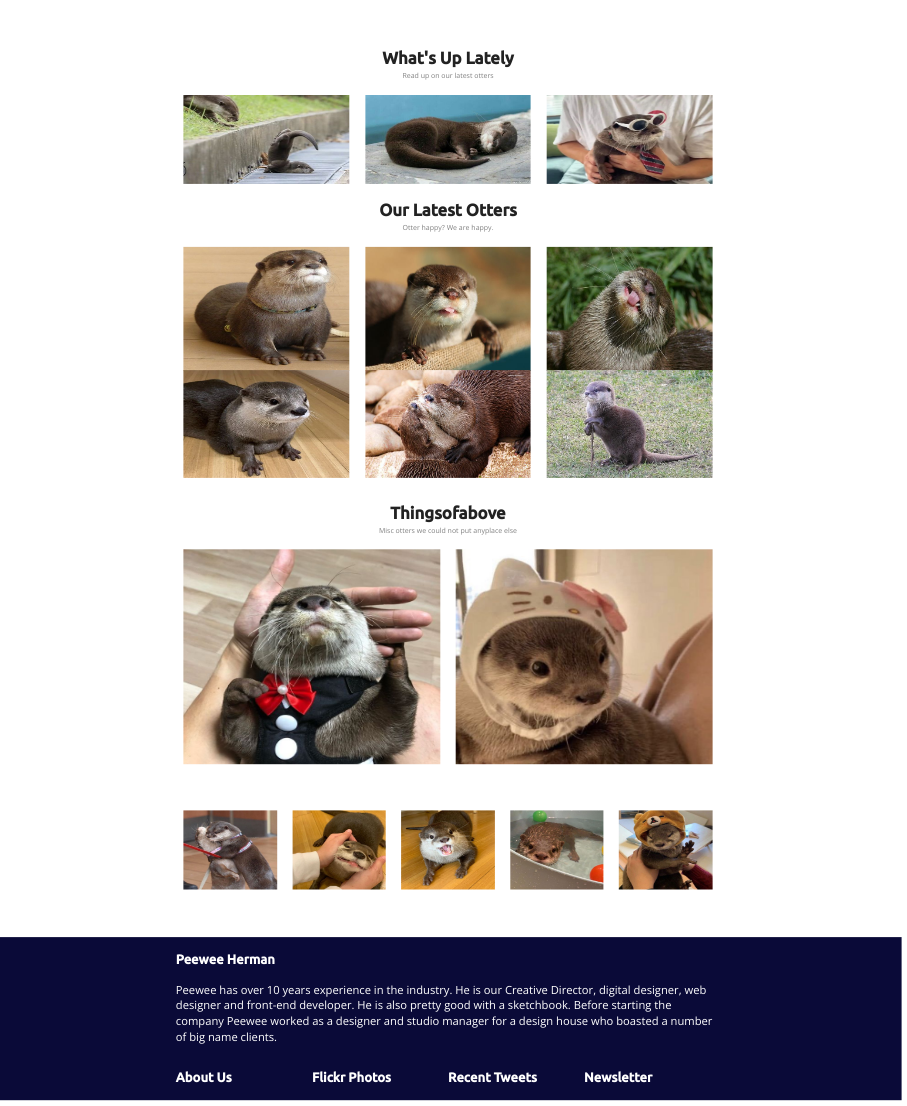
Repository: kennyharman/Marlowe_Kenny_Lab_02B
Page: index.html
An editor plug-in stored every save of this project. The page is shown before and after the next save, followed by the edit.
The browser window is 1280 px wide. The page is 1296 px wide, so the pictures cover 1296 px, including what lies to the right of the window. The pictures show the part of the page from y = 894 to 2774 px (the page is 2474 px tall before and 2774 px after), at 70% of full size.

Above is the page before, as saved 2024-02-08 19:02:00.

### index.html
<!doctype html>
<html class="no-js" lang="EN">

<head>
  <meta charset="utf-8">
  <meta name="viewport" content="width=device-width, initial-scale=1">
  <title></title>
  <link rel="stylesheet" href="css/style.css">
  <link href="https://fonts.googleapis.com/css2?family=Open+Sans:ital,wght@0,400;0,700;1,400&family=Ubuntu:ital,wght@0,300;0,500;1,300&display=swap" rel="stylesheet">
  <meta name="description" content="">

  <meta property="og:title" content="Metrolics page">
  <meta property="og:type" content="website">
  <meta property="og:url" content="http://localhost:8888/metrolics/">

  <link rel="icon" href="/favicon.ico" sizes="any">
  <link rel="icon" href="/icon.svg" type="image/svg+xml">
  <link rel="apple-touch-icon" href="icon.png">

  <link rel="manifest" href="site.webmanifest">
  <meta name="theme-color" content="#fafafa">
</head>

<body class="page">
  <script src="js/app.js"></script>

<header class="page__header">
  <div class="row m-col-2 l-col-2 menu">
    <div class="col header__menu-logo">
      <h1>Metrolics</h1>
    </div>
    <div class="col header__menu-nav">
      Home
      Pages
      Blog
      Portfolio
      Home
    </div>
</header>

<main>
  <div class="page__banner">
    <div class="col banner-header">
      <img src="images/pink_otter.jpg">
      <ul class="listed-items">
        <li>Metro Style</li>
        <li>Retina Ready</li>
        <li>Responsive Design</li>
      </ul>
    </div>
  </div>
  <div class="page__section">
    <div class="row header">
      <div class="col header-text">
        <h2>Hey guys! This is the <span class="text__color-change">Metrolics</span> theme.<br/>It sports a responsive layout with a mobile layout.</h2>
      </div>
    </div>
  </div>

  <div class="section-services">
    <div class="row m-col-2 l-col-4">
      <div class="col m-row-span l-row-span heading">
        <h3>Things That We Do</h3>
        <p>Ask us what we can do for you</p>
      </div>
      <div class="col services-card">
        <h4>Otter solutions</h4>
        We are a fairly small, flexible otter studio that designs for print and web. We work flexibly with otters to fulfil their design needs. Whether you need to create an otter from scratch, including marketing materials
      </div>
      <div class="col services-card">
        <h4>Photography</h4>
        We are a fairly small, flexible otter studio that designs for print and web. We work flexibly with otters to fulfil their design needs. Whether you need to create an otter from scratch, including marketing materials
      </div>
      <div class="col services-card">
        <h4>Otter Development</h4>
        We are a fairly small, flexible otter studio that designs for print and web. We work flexibly with otters to fulfil their design needs. Whether you need to create an otter from scratch, including marketing materials
      </div>
      <div class="col services-card">
        <h4>Otter Design</h4>
        We are a fairly small, flexible otter studio that designs for print and web. We work flexibly with otters to fulfil their design needs. Whether you need to create an otter from scratch, including marketing materials
      </div>
    </div>
  </div>
    </div>
  </div>

  <div class="section-work">
    <div class="row m-col-2 l-col-3">
      <div class="col m-row-span l-row-span heading">
        <h3>What's Up Lately</h3>
        <p>Read up on our latest otters</p>
      </div>
      <div class="col m-row-span image">
        <img src="images/otter7.jpg" alt="Otter Fall">
      </div>
      <div class="col image">
        <img src="images/otter8.jpg" alt="Sleepy Otter">
      </div>
      <div class="col image">
        <img src="images/otter9.jpg" alt="Madi the Otter">
      </div>
    </div>
  </div>

  <div class="section-projects">
    <div class="row m-col-2 l-col-3">
      <div class="col m-row-span l-row-span heading">
        <h3>Our Latest Otters</h3>
        <p>Otter happy? We are happy.</p>
      </div>
      <div class="col image">
        <img src="images/otter1.jpg" alt="Curious Otter">
      </div>
      <div class="col image">
        <img src="images/otter2.jpg" alt="Teasing Otter">
      </div>
      <div class="col image">
        <img src="images/otter3.jpg" alt="Otter Playing Dead">
      </div>
      <div class="col image">
        <img src="images/otter4.jpg" alt="Pondering Otter">
      </div>
      <div class="col image">
        <img src="images/otter5.jpg" alt="Loving Otters">
      </div>
      <div class="col image">
        <img src="images/otter6.jpg" alt="Wise Otter">
      </div>
    </div>
  </div>

  <div class="section-misc">
    <div class="row l-col-2">
      <div class="col l-row-span heading">
        <h3>Thingsofabove</h3>
        <p>Misc otters we could not put anyplace else</p>
      </div>
      <div class="col misc-content">
        <img src="images/otter10.jpg" alt="Snazzy Otter">
      </div>
      <div class="col misc-content">
        <img src="images/otter11.jpg" alt="Hello Kitty Otter">
      </div>
    </div>
  </div>

  <div class="section-affiliates">
    <div class="row m-col-5 l-col-5">
      <div class="col affiliates-card">
        <img src="images/otter12.jpg" alt="Otter Hug">
      </div>
      <div class="col affiliates-card">
        <img src="images/otter13.jpg" alt="Otter Stretch">
      </div>
      <div class="col affiliates-card">
        <img src="images/otter14.jpg" alt="Surprised Otter">
      </div>
      <div class="col affiliates-card">
        <img src="images/otter15.jpg" alt="Otter Bath">
      </div>
      <div class="col affiliates-card">
        <img src="images/otter16.jpg" alt="Otter Bear">
      </div>
    </div>
  </div>
</main>
<footer class="page__footer">
  <div class="row m-col-2 l-col-4 footer">
    <div class="col m-row-span l-row-span footer-heading">
      <h3>Peewee Herman</h3>
      <p>Peewee has over 10 years experience in the industry. He is our Creative Director, digital designer, web designer and front-end developer. He is also pretty good with a sketchbook. Before starting the company Peewee worked as a designer and studio manager for a design house who boasted a number of big name clients.</p>
    </div>
    <div class="col footer-item">
      <h3>About Us</h3>
    </div>
    <div class="col footer-item">
      <h3>Flickr Photos</h3>
    </div>
    <div class="col footer-item">
      <h3>Recent Tweets</h3>
    </div>
    <div class="col footer-item">
      <h3>Newsletter</h3>
    </div>
  </div>
</footer>
</body>

### css/style.css
/*! HTML5 Boilerplate v9.0.0-RC1 | MIT License | https://html5boilerplate.com/ */

/* main.css 3.0.0 | MIT License | https://github.com/h5bp/main.css#readme */
/*
 * What follows is the result of much research on cross-browser styling.
 * Credit left inline and big thanks to Nicolas Gallagher, Jonathan Neal,
 * Kroc Camen, and the H5BP dev community and team.
 */

/* ==========================================================================
   Base styles: opinionated defaults
   ========================================================================== */

html {
  color: #222;
  font-size: 1em;
  line-height: 1.4;
  margin-left: -1rem;
  margin-right: -1rem;
}

/*
 * Remove text-shadow in selection highlight:
 * https://twitter.com/miketaylr/status/12228805301
 *
 * Customize the background color to match your design.
 */

::-moz-selection {
  background: #b3d4fc;
  text-shadow: none;
}

::selection {
  background: #b3d4fc;
  text-shadow: none;
}

/*
 * A better looking default horizontal rule
 */

hr {
  display: block;
  height: 1px;
  border: 0;
  border-top: 1px solid #ccc;
  margin: 1em 0;
  padding: 0;
}

/*
 * Remove the gap between audio, canvas, iframes,
 * images, videos and the bottom of their containers:
 * https://github.com/h5bp/html5-boilerplate/issues/440
 */

audio,
canvas,
iframe,
img,
svg,
video {
  vertical-align: middle;
}

/*
 * Remove default fieldset styles.
 */

fieldset {
  border: 0;
  margin: 0;
  padding: 0;
}

/*
 * Allow only vertical resizing of textareas.
 */

textarea {
  resize: vertical;
}

/* ==========================================================================
   Author's custom styles
   ========================================================================== */

/* ==========================================================================
   Helper classes
   ========================================================================== */

/*
 * Hide visually and from screen readers
 */

.hidden,
[hidden] {
  display: none !important;
}

/*
 * Hide only visually, but have it available for screen readers:
 * https://snook.ca/archives/html_and_css/hiding-content-for-accessibility
 *
 * 1. For long content, line feeds are not interpreted as spaces and small width
 *    causes content to wrap 1 word per line:
 *    https://medium.com/@jessebeach/beware-smushed-off-screen-accessible-text-5952a4c2cbfe
 */

.visually-hidden {
  border: 0;
  clip: rect(0, 0, 0, 0);
  height: 1px;
  margin: -1px;
  overflow: hidden;
  padding: 0;
  position: absolute;
  white-space: nowrap;
  width: 1px;
  /* 1 */
}

/*
 * Extends the .visually-hidden class to allow the element
 * to be focusable when navigated to via the keyboard:
 * https://www.drupal.org/node/897638
 */

.visually-hidden.focusable:active,
.visually-hidden.focusable:focus {
  clip: auto;
  height: auto;
  margin: 0;
  overflow: visible;
  position: static;
  white-space: inherit;
  width: auto;
}

/*
 * Hide visually and from screen readers, but maintain layout
 */

.invisible {
  visibility: hidden;
}

/*
 * Clearfix: contain floats
 *
 * The use of `table` rather than `block` is only necessary if using
 * `::before` to contain the top-margins of child elements.
 */

.clearfix::before,
.clearfix::after {
  content: "";
  display: table;
}

.clearfix::after {
  clear: both;
}

/* ==========================================================================
   EXAMPLE Media Queries for Responsive Design.
   These examples override the primary ('mobile first') styles.
   Modify as content requires.
   ========================================================================== */

@media only screen and (min-width: 35em) {
  /* Style adjustments for viewports that meet the condition */
}

@media print,
  (-webkit-min-device-pixel-ratio: 1.25),
  (min-resolution: 1.25dppx),
  (min-resolution: 120dpi) {
  /* Style adjustments for high resolution devices */
}

/* ==========================================================================
   Print styles.
   Inlined to avoid the additional HTTP request:
   https://www.phpied.com/delay-loading-your-print-css/
   ========================================================================== */

@media print {
  *,
  *::before,
  *::after {
    background: #fff !important;
    color: #000 !important;
    /* Black prints faster */
    box-shadow: none !important;
    text-shadow: none !important;
  }

  a,
  a:visited {
    text-decoration: underline;
  }

  a[href]::after {
    content: " (" attr(href) ")";
  }

  abbr[title]::after {
    content: " (" attr(title) ")";
  }

  /*
   * Don't show links that are fragment identifiers,
   * or use the `javascript:` pseudo protocol
   */
  a[href^="#"]::after,
  a[href^="javascript:"]::after {
    content: "";
  }

  pre {
    white-space: pre-wrap !important;
  }

  pre,
  blockquote {
    border: 1px solid #999;
    page-break-inside: avoid;
  }

  tr,
  img {
    page-break-inside: avoid;
  }

  p,
  h2,
  h3 {
    orphans: 3;
    widows: 3;
  }

  h2,
  h3 {
    page-break-after: avoid;
  }
}

/* Our Styling */

h1,
h2,
h3,
h4,
h5,
h6 {
    font-family: 'Ubuntu', sans-serif;
}

p {
    font-family: 'Open Sans', sans-serif;
}

.row {
  display: grid;
  margin-top: 2rem;
}
.col {
  position: relative;
}

.page__header,
.banner-header,
.page__section,
.section-services,
.section-work,
.section-projects,
.section-misc,
.section-affiliates,
.footer {
  margin: auto;
  width: 60%;
}

.heading {
  display: flex;
  flex-direction: column;
  align-items: center;
  padding: 0 auto;
}

.heading > h3 {
  margin-bottom: 0;
  font-size: 24px;
}

.heading > p {
  margin-top: 0;
  font-size: 10px;
  color: grey;
}

.header-text {
  text-align: center;
}

.text__color-change {
  color: lightskyblue;
}

.listed-items {
  position: absolute;
  top: 5rem;
  left: 5rem;
  list-style-type: none;
}

.listed-items > li {
  background-color: white;
  margin-top: 2px;
  padding-top: 0.5rem;
  padding-bottom: 0.5rem;
  font-family: 'Ubuntu', sans-serif;
}

.listed-items li:nth-child(1) {
  border-left: solid 5px blue;
  padding-left: 1rem;
  padding-right: 1rem;
  width: fit-content;
}

.listed-items li:nth-child(2) {
  border-left: solid 5px red;
  padding-left: 1rem;
  padding-right: 1rem;
  width: fit-content;
}

.listed-items li:nth-child(3) {
  border-left: solid 5px yellow;
  padding-left: 1rem;
  padding-right: 1rem;
  width: fit-content;
}

.banner-header {
  position: relative;
}

.services-card {
  text-align: center;
  font-size: 10px;
  padding: 10px;
  color: grey;
  font-family: 'Open Sans', sans-serif;
  line-height: 20px;
}

.services-card > h4 {
  color: black;
}

.image {
  padding: 0.7rem;
  margin-bottom: -100px;
}

.image > img {
  width: 100%;
  height: 70%;
}

.misc-content {
  margin-top: 1.5rem;
  margin: 0.7rem;
  margin-bottom: -2rem;
}

.misc-content > img {
  width: 100%;
  height: 85%;
}

.affiliates-card {
  margin: 0.7rem;
  margin-bottom: 3rem;
}

.affiliates-card > img {
  width: 100%;
  height: 85%;;
}

.banner-header {
  justify-content: center;
}

.banner-header > img {
  width: 100%;
  max-height: 70%;
}

.page__banner {
  background-color: lightgray;
}

.page__footer {
  background-color: rgb(10, 10, 56);
  color: white;
}

/* Small only */
@media screen and (max-width: 39.9375em) {
  .page__header,
.banner-header,
.page__section,
.section-services,
.section-work,
.section-projects,
.section-misc,
.section-affiliates,
.footer {
  margin: auto;
  width: 20rem;
}

.header {
  margin: -5px;
}
  .header__menu-nav {
    display: none;
  }
  .page__banner {
    display: none;
  }
  .image {
    border: solid;
    margin-top: 5rem;
    height: 100%;
  }
  .affiliates {
    display: none;
  }
  .misc {
    display: none;
  }
  .services-card {
    text-align: left;
    font-size: 12px;
    padding: 0px;
    color: grey;
    font-family: 'Open Sans', sans-serif;
    line-height: 15px;
    padding-top: 20px;
  }
  .services-card > h4 {
    line-height: 0px;
  }
}

/* Medium only */
@media screen and (min-width: 40em) and
(max-width: 63.9375em) {
  .row {
    max-width: 70rem;
    column-gap: 1.5rem;
    row-gap: 1.5rem;
    margin: 0 auto;
  }
  .m-col-2 {
    grid-template-columns: 1fr 1fr;
  }
  .m-col-3 {
    grid-template-columns: repeat(3, 1fr);
  }
  .m-col-4 {
    grid-template-columns: repeat(4, 1fr);
  }
  .m-col-5 {
    grid-template-columns: repeat(5, 1fr);
  }

  .m-row-span {
    grid-column-start: 1;
    grid-column-end: -1;
  }
}

/* Large only */
@media screen and (min-width: 64em) {
  .l-col-2 {
    grid-template-columns: 1fr 1fr;
  }
  .l-col-3 {
    grid-template-columns: repeat(3, 1fr);
  }
  .l-col-4 {
    grid-template-columns: repeat(4, 1fr);
  }
  .l-col-5 {
    grid-template-columns: repeat(5, 1fr);
  }

  .l-row-span {
    grid-column-start: 1;
    grid-column-end: -1;
  }
}

Loaded but not shown: js/app.js (no stored copy; drawn as an empty file)

After the next save:
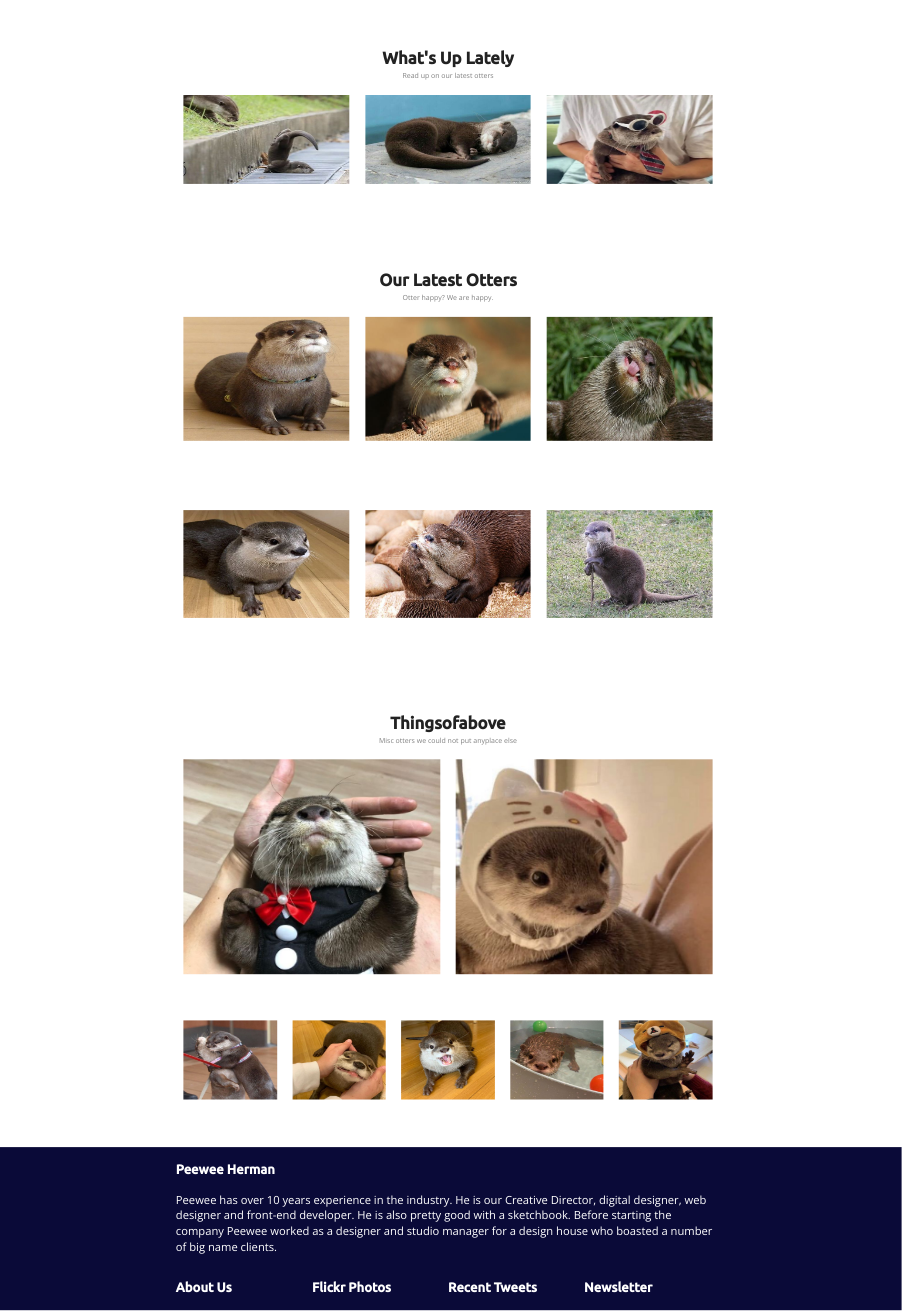
Saved 17 s later.
--- a/css/style.css
+++ b/css/style.css
@@ -364,7 +364,6 @@ p {
 
 .image {
   padding: 0.7rem;
-  margin-bottom: -100px;
 }
 
 .image > img {
